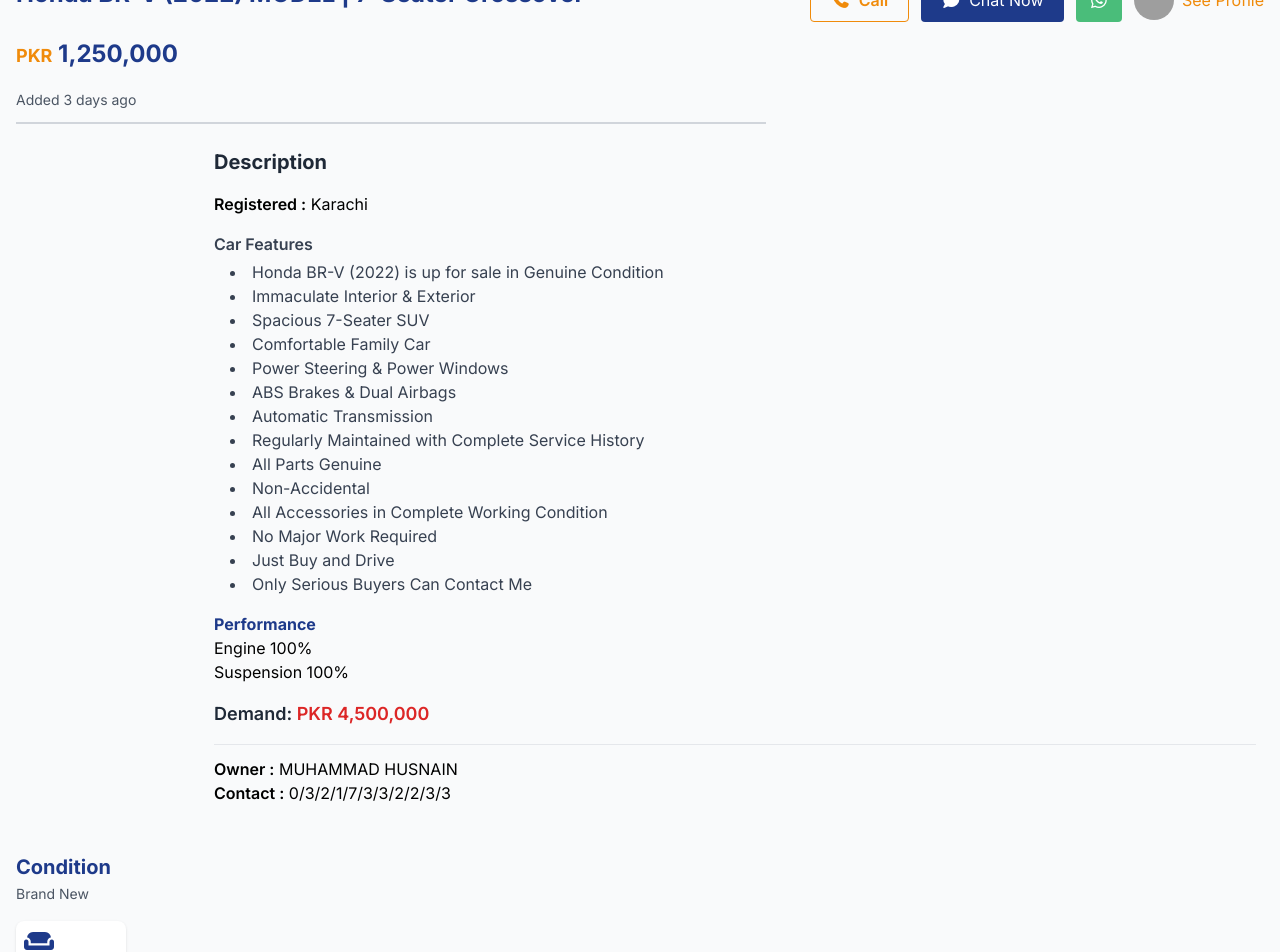
Repository: ARFA-SAEED/miljayega
Page: src/motorsPage/bikes_1.html
An editor plug-in stored every save of this project. The page is shown before and after the next save, followed by the edit.
The browser window is 1280 px wide. The pictures show the part of the page from y = 679 to 1631 px (the page is 2666 px tall).
Pictures or frames that could not be fetched are drawn as grey boxes. A picture or video elsewhere on the page could not be fetched, so the positions and the page height are approximate. Some web fonts or font styles are not loaded; a fallback is used. Some web libraries are served in a nearby version.

Above is the page before, as saved 2025-08-25 13:26:31.

### src/motorsPage/bikes_1.html
<!DOCTYPE html>
<html lang="en">

<head>
    <meta charset="utf-8" />
    <meta content="width=device-width, initial-scale=1.0" name="viewport" />
    <title>Miljaega.pk - Bikes 1</title>
    <script src="https://cdn.tailwindcss.com?plugins=forms,container-queries"></script>
    <link href="https://fonts.googleapis.com/css2?family=Inter:wght@400;500;600;700&display=swap" rel="stylesheet" />
    <link href="https://fonts.googleapis.com/css2?family=Poppins:wght@400;500;600;700&display=swap" rel="stylesheet" />
    <link href="https://fonts.googleapis.com/icon?family=Material+Icons" rel="stylesheet" />
    <link href="https://fonts.googleapis.com/css2?family=Lalezar&display=swap" rel="stylesheet">
    <link href="https://fonts.googleapis.com/css2?family=Noto+Nastaliq+Urdu&display=swap" rel="stylesheet">
    <script src="https://cdn.jsdelivr.net/npm/alpinejs@3.x.x/dist/cdn.min.js" defer></script>
    <script src="https://cdn.jsdelivr.net/npm/@tailwindcss/browser@4"></script>
    <link rel="stylesheet" href="./Css/miljaega-homepage.css">
    <!-- Font Awesome CDN -->
    <link href="https://cdnjs.cloudflare.com/ajax/libs/font-awesome/6.5.2/css/all.min.css" rel="stylesheet">

    <link rel="stylesheet" href="https://cdnjs.cloudflare.com/ajax/libs/font-awesome/7.0.0/css/all.min.css"
        integrity="sha512-DxV+EoADOkOygM4IR9yXP8Sb2qwgidEmeqAEmDKIOfPRQZOWbXCzLC6vjbZyy0vPisbH2SyW27+ddLVCN+OMzQ=="
        crossorigin="anonymous" referrerpolicy="no-referrer" />
</head>

<body class="bg-gray-50">

    <!-- Header -->
    <header class="bg-white shadow-sm fixed top-0 z-50 w-full">
        <div class="lg:mx-auto 2xl:mx-20 relative py-3 container px-4 sm:px-6">
            <div class="flex justify-between items-center py-3">
                <!-- Left: Logo -->
                <div class="flex-shrink-0">
                    <img src="../../../assets/images/logo.svg" alt="Logo" class="h-8 sm:h-10" />
                </div>

                <!-- Center Nav (Desktop) -->
                <nav
                    class="hidden xl:flex absolute 2xl:ms-[440px] left-1/2 transform -translate-x-1/2 space-x-6 text-sm font-medium text-gray-600">
                    <div class="flex justify-center mt-2">
                        <div class="inline-flex rounded-lg shadow-md bg-white overflow-hidden">
                            <a href="#"
                                class="px-6 py-3 text-sm font-medium text-white bg-blue-900 hover:bg-blue-900 transition duration-300 flex items-center">
                                <i class="fa-solid fa-list mr-2"></i> ALL
                            </a>
                            <a href="#"
                                class="px-6 py-3 text-sm font-medium text-pak-green hover:bg-[rgb(220,228,245)] flex items-center">
                                <i class="fa-solid fa-circle-plus mr-2"></i> NEW
                            </a>
                            <a href="#"
                                class="px-6 py-3 text-sm font-medium text-pak-green hover:bg-[rgb(220,228,245)] flex items-center">
                                <i class="fa-solid fa-recycle mr-2"></i> USED
                            </a>
                            <a href="#"
                                class="px-6 py-3 text-sm font-medium text-pak-green hover:bg-[rgb(220,228,245)] flex items-center">
                                <i class="fa-solid fa-key mr-2"></i> RENT
                            </a>
                            <a href="#"
                                class="px-6 py-3 text-sm font-medium text-pak-green hover:bg-[rgb(220,228,245)] flex items-center">
                                <i class="fa-solid fa-arrow-right-arrow-left mr-2"></i> Exchange
                            </a>
                        </div>
                    </div>
                </nav>

                <!-- Mobile Hamburger -->
                <button id="mobileMenuToggle" class="block xl:hidden text-gray-700 hover:text-primary-green">
                    <svg class="w-7 h-7" fill="none" stroke="currentColor" stroke-width="2" viewBox="0 0 24 24">
                        <path stroke-linecap="round" stroke-linejoin="round" d="M4 6h16M4 12h16M4 18h16"></path>
                    </svg>
                </button>
            </div>
        </div>
    </header>

    <!-- Mobile Menu -->
    <div id="mobileMenu"
        class="xl:hidden hidden bg-white shadow-md fixed top-[72px] left-0 right-0 z-40 max-h-[calc(100vh-72px)] overflow-y-auto">
        <div class="px-4 py-4 space-y-4 text-sm font-medium text-gray-700">
            <div class="flex justify-around text-center gap-2 flex-wrap">
                <a href="#" class="flex flex-col items-center gap-1 hover:text-primary-green">
                    <img src="./images/second-hand.png" class="w-6 h-6" /> Used
                </a>
                <a href="#" class="flex flex-col items-center gap-1 hover:text-primary-green">
                    <img src="./images/new.png" class="w-6 h-6" /> New
                </a>
                <a href="#" class="flex flex-col items-center gap-1 hover:text-primary-green">
                    <img src="./images/exchange.png" class="w-6 h-6" /> Exchange
                </a>
                <a href="#" class="flex flex-col items-center gap-1 hover:text-primary-green">
                    <img src="./images/rent.png" class="w-6 h-6" /> Rentals
                </a>
            </div>
        </div>
    </div>

    <!-- Spacer -->
    <div class="pt-[72px]"></div>

    <!-- Images Section -->
    <div class="container mx-auto px-4 mt-12">
        <div class="grid grid-cols-1 lg:grid-cols-2 gap-3">
            <div>
                <img class="w-full h-[250px] sm:h-[400px] lg:h-[513px] object-cover rounded-lg lg:rounded-l-[10px]"
                    src="https://auto.yugatech.com/wp-content/uploads/2022/09/2023-Honda-BRV-Main-2048x1024.jpg" alt="">
            </div>
            <div class="flex flex-col gap-3">
                <img class="w-full h-[200px] sm:h-[250px] object-cover rounded-lg lg:rounded-tr-[10px]"
                    src="https://hondaotodalat.com.vn/wp-content/uploads/2020/02/honda_BRV_hondaotovovankiet_vn_15.jpg"
                    alt="">
                <img class="w-full h-[200px] sm:h-[250px] object-cover rounded-lg lg:rounded-br-[10px]"
                    src="https://d31sro4iz4ob5n.cloudfront.net/upload/car/br-v-2024/feature/interior/br-v-2024-lhd-amplio-confort-y-versatilidad.jpg"
                    alt="">
            </div>
        </div>
    </div>

    <!-- Title & Buttons -->
    <div class="container mx-auto px-4 mt-6 flex flex-col lg:flex-row justify-between items-start gap-4">
        <h1 class="font-bold text-blue-900 text-xl lg:text-2xl">
            Honda BR-V (2022) MODEL | 7-Seater Crossover
        </h1>
        <div class="flex flex-wrap gap-3">
            <button class="border border-[#F08B0B] text-[#F08B0B] font-semibold rounded px-5 py-2 flex items-center">
                <i class="fa-solid fa-phone me-2"></i> Call
            </button>
            <button class="bg-blue-900 hover:bg-blue-800 text-white rounded px-5 py-2 flex items-center">
                <i class="fa-solid fa-comment me-2"></i> Chat Now
            </button>
            <button class="bg-[#4ABD7A] text-white rounded px-3 py-2 flex items-center">
                <i class="fa-brands fa-whatsapp text-lg"></i>
            </button>
            <div class="flex items-center gap-2">
                <img class="rounded-full h-10 w-10"
                    src="https://tse3.mm.bing.net/th/id/OIP.WpIMP_W3gb5bZ81rA-K2YgHaHa?pid=Api&P=0&h=220" alt="">
                <span class="text-[#F08B0B]">See Profile</span>
            </div>
        </div>
    </div>


    <!-- Price -->
    <div class="container mx-auto px-4 mt-4">
        <h1 class="text-blue-900 font-bold text-xl lg:text-2xl">
            <span class="text-lg text-[#F08B0B]">PKR</span> 1,250,000
        </h1>
        <p class="text-gray-600 text-sm mt-5 pb-3 border-b border-gray-300 border-b-2 w-[750px]">Added 3 days ago</p>
    </div>

    <div class=" p-6 ms-[190px] space-y-4">
        <h3 class="text-xl font-bold text-gray-800">Description</h3>

        <p><span class="font-semibold">Registered :</span> Karachi</p>

        <ol class="list-style-type-non list-inside space-y-1 text-gray-700">
            <li><span class="font-semibold">Car Features</span></li>
            <ul class="list-disc list-inside ml-4">
                <li>Honda BR-V (2022) is up for sale in Genuine Condition</li>
                <li>Immaculate Interior & Exterior</li>
                <li>Spacious 7-Seater SUV</li>
                <li>Comfortable Family Car</li>
                <li>Power Steering & Power Windows</li>
                <li>ABS Brakes & Dual Airbags</li>
                <li>Automatic Transmission</li>
                <li>Regularly Maintained with Complete Service History</li>
                <li>All Parts Genuine</li>
                <li>Non-Accidental</li>
                <li>All Accessories in Complete Working Condition</li>
                <li>No Major Work Required</li>
                <li>Just Buy and Drive</li>
                <li>Only Serious Buyers Can Contact Me</li>
            </ul>
        </ol>

        <div>
            <h4 class="font-bold text-blue-900">Performance</h4>
            <p>Engine 100% <br> Suspension 100%</p>
        </div>

        <p class="text-lg font-semibold text-gray-800">Demand: <span class="text-red-600">PKR 4,500,000</span></p>

        <div class="border-t pt-3">
            <p><span class="font-semibold">Owner :</span> MUHAMMAD HUSNAIN</p>
            <p><span class="font-semibold">Contact :</span> 0/3/2/1/7/3/3/2/2/3/3</p>
        </div>
    </div>


    <!-- Condition -->
    <div class="container mx-auto px-4 mt-6">
        <h1 class="text-blue-900 font-bold text-xl">Condition</h1>
        <span class="text-gray-600 text-sm">Brand New</span>
        <div class="relative mt-4 shadow rounded-lg h-20 w-[110px] bg-white p-3">
            <i class="fa-solid fa-couch text-blue-900 text-2xl absolute top-1 left-2"></i>
            <span class="absolute bottom-2 right-2 text-sm font-medium">Furnished</span>
        </div>
    </div>

    <!-- Location -->
    <div class="container mx-auto px-4 mt-6">
        <h1 class="text-blue-900 font-bold text-xl mb-3">Location and nearby facilities</h1>
        <div class="flex flex-wrap gap-4 mb-5">
            <button class="flex items-center gap-2 px-4 py-2 bg-white rounded-lg shadow-md">
                <i class="fa-solid fa-border-all text-[#F08B0B]"></i> All
            </button>
            <button class="flex items-center gap-2 px-4 py-2 bg-white rounded-lg shadow-md">
                <i class="fa-solid fa-school text-[#F08B0B]"></i> School
            </button>
            <button class="flex items-center gap-2 px-4 py-2 bg-white rounded-lg shadow-md">
                <i class="fa-solid fa-hospital text-[#F08B0B]"></i> Hospitals
            </button>
            <button class="flex items-center gap-2 px-4 py-2 bg-white rounded-lg shadow-md">
                <i class="fa-solid fa-utensils text-[#F08B0B]"></i> Restaurant
            </button>
        </div>
        <img src="https://png.pngtree.com/png-clipart/20230315/original/pngtree-map-location-pin-with-red-png-image_8989833.png"
            class="h-[300px] sm:h-[400px] mx-auto" alt="">
    </div>
    <footer class="bg-[#0C3168] text-white">
        <div class="container mx-auto px-4 sm:px-6 lg:px-8 py-10">

            <!-- ✅ Mobile/Tablet (sm, md, lg): 2 Rows Layout -->
            <div class="flex  flex-wrap gap-8 lg:hidden">
                <!-- Row 1: ABOUT US + MY ACCOUNT -->
                <div class="w-full flex   gap-8">
                    <!-- ABOUT US -->
                    <div class="w-full ms-10 md:ms-0 sm:w-1/2 text-left">
                        <ul class="leading-10">
                            <li class="font-bold text-xl mb-3">ABOUT US</li>
                            <li>FAQ</li>
                            <li>Anti Scam</li>
                            <li>Term of use</li>
                            <li>Privacy Policy</li>
                            <li>Contact Us</li>
                            <li>Sitemap</li>
                        </ul>
                    </div>
                    <!-- MY ACCOUNT -->
                    <div class="w-full ms-20 md:ms-60 sm:w-1/2 text-left">
                        <ul class="leading-10">
                            <li class="font-bold text-xl mb-3">MY ACCOUNT</li>
                            <li>Login</li>
                            <li>Register</li>
                        </ul>
                    </div>
                </div>

                <!-- Row 2: Miljaega + Social -->
                <div class="w-full flex gap-8 mt-5">
                    <!-- Miljaega -->
                    <div class="w-full sm:w-1/2 ms-10 md:ms-0 text-left">
                        <ul class="leading-10">
                            <li class="font-bold text-xl mb-3">Miljaega</li>
                            <li>Inspected by miljaega</li>
                            <li>Featured by miljaega</li>
                            <li>Recomended by miljaega</li>
                        </ul>
                    </div>
                    <!-- Social -->
                    <div class="w-full ms-20 md:ms-60  sm:w-1/2 text-left leading-15">
                        <ul>
                            <li class="font-bold text-xl  mb-3">FOLLOW US</li>
                        </ul>
                        <div class=" ms-8 md:ms-0 sm:flex-wrap md:flex mt-3 gap-5">
                            <img src="../../assets/images/fb.svg" class="h-10" alt="">
                            <img src="../../assets/images/insta.svg" class="h-10" alt="">
                            <img src="../../assets/images/twitter.svg" class="h-10" alt="">
                            <img src="../../assets/images/youtube.svg" class="h-10" alt="">
                        </div>
                    </div>
                </div>
            </div>

            <!-- ✅ XL and Up: Original 4-column Layout -->
            <div class="hidden lg:block lg:flex lg:justify-between xl:gap-8">
                <!-- ABOUT US -->
                <div class="w-full sm:w-1/2 xl:w-auto mb-5 xl:mb-0  xl:text-left">
                    <ul class="leading-10">
                        <li class="font-bold text-xl mb-3">ABOUT US</li>
                        <li>FAQ</li>
                        <li>Anti Scam</li>
                        <li>Term of use</li>
                        <li>Privacy Policy</li>
                        <li>Contact Us</li>
                        <li>Sitemap</li>
                    </ul>
                </div>
                <!-- MY ACCOUNT -->
                <div class="w-full sm:w-1/2 xl:w-auto text-left mb-5 xl:mb-0">
                    <ul class="leading-10">
                        <li class="font-bold text-xl mb-3">MY ACCOUNT</li>
                        <li>Login</li>
                        <li>Register</li>
                    </ul>
                </div>
                <!-- Miljaega -->
                <div class="w-full sm:w-1/2 xl:w-auto mb-5 xl:mb-0 text-left">
                    <ul class="leading-10">
                        <li class="font-bold text-xl mb-3">Miljaega</li>
                        <li>Inspected by miljaega</li>
                        <li>Featured by miljaega</li>
                        <li>Recomended by miljaega</li>
                    </ul>
                </div>
                <!-- Social -->
                <div class="w-full sm:w-1/2 xl:w-auto text-left mb-5 xl:mb-0 leading-15">
                    <ul>
                        <li class="font-bold text-xl mb-3">FOLLOW US</li>
                    </ul>
                    <div class="flex  ustify-start mt-3 gap-5">
                        <img src="../../assets/images/fb.svg" class="h-10" alt="">
                        <img src="../../assets/images/insta.svg" class="h-10" alt="">
                        <img src="../../assets/images/twitter.svg" class="h-10" alt="">
                        <img src="../../assets/images/youtube.svg" class="h-10" alt="">
                    </div>
                </div>
            </div>

            <!-- Footer bottom -->
            <div class="text-center border-t-2 border-white mt-10 pt-5 text-sm">
                <p>© Copyright 2025 Miljaega <br>Powered by The Tech Creators</p>
            </div>
        </div>
    </footer>

    <script>
        // Mobile menu toggle
        document.addEventListener("DOMContentLoaded", () => {
            const toggleBtn = document.getElementById("mobileMenuToggle");
            const mobileMenu = document.getElementById("mobileMenu");
            toggleBtn.addEventListener("click", () => {
                mobileMenu.classList.toggle("hidden");
            });
        });
    </script>

</body>

</html>

### assets/Css/miljaega-homepage.css
 :root {
   --primary-green: #0B6847;
 }

 body {
   font-family: 'Inter', sans-serif;
   background-color: #f8fafc;
 }

 .text-primary-green {
   color: var(--primary-green);
 }

 .bg-primary-green {
   background-color: #003E3E;
 }

 .border-primary-green {
   border-color: var(--primary-green);
 }

 .card {
   @apply bg-white rounded-lg shadow-[0_4px_6px_-1px_rgba(0, 0, 0, 0.1), 0_2px_4px_-2px_rgba(0, 0, 0, 0.1)] transition-transform duration-200;
 }

 .card:hover {
   transform: translateY(-5px);
 }

 .verified-badge {
   @apply text-blue-600 text-base;
 }


 /* Sell Button */
 ._520955ba {
   position: relative;
   overflow: hidden;
   border-radius: 4px;
 }

 header {
   z-index: 100;
 }

 .fbf39733 {
   background-color: #ffffff;
   /* Green background */
   border: none;
   cursor: pointer;
 }

 ._6257aca6 {
   object-fit: contain;
   z-index: 1;
 }


 ._948d9e0a {
   position: relative;
   z-index: 2;
 }

 ._27a68d65 {
   display: flex;
   align-items: center;
 }

 .b2e0090c {
   padding: 8px 16px;
 }

 ._371e9918 {
   color: white;
 }

 ._6041419a {
   margin-right: 8px;
 }

 ._8206696c {
   font-weight: 900;
 }

 .b7af14b4 {
   font-size: 12px;
 }

 .dd240920 {
   line-height: 1.5;
 }

 @import url('https://fonts.googleapis.com/css2?family=Inter:wght@300;400;500;600;700&display=swap');

 body {
   font-family: 'Inter', sans-serif;

 }

 .card-hover {
   transition: all 0.3s ease;
   box-shadow: 0 4px 6px rgba(0, 0, 0, 0.05);
 }

 .card-hover:hover {
   transform: translateY(-5px);
   box-shadow: 0 10px 25px rgba(0, 0, 0, 0.1);
 }

 .image-hover {
   transition: transform 0.5s ease;
 }

 .status-dot {
   position: absolute;
   bottom: 5px;
   right: 10px;
   width: 12px;
   height: 12px;
   background-color: #1dbf73;
   border: 2px solid white;
   border-radius: 50%;
   z-index: 10;
   box-shadow: 0 0 0 2px rgba(29, 191, 115, 0.3);
 }

 .status-pulse {
   position: absolute;
   bottom: -1px;
   right: -1px;
   width: 16px;
   height: 16px;
   background-color: rgba(29, 191, 115, 0.4);
   border-radius: 50%;
   z-index: 5;
   animation: pulse 1.5s infinite;
 }

 @keyframes pulse {
   0% {
     transform: scale(0.8);
     opacity: 0.7;
   }

   70% {
     transform: scale(1.5);
     opacity: 0;
   }

   100% {
     transform: scale(0.8);
     opacity: 0;
   }
 }

 .star-container {
   display: inline-flex;
   align-items: center;
   margin-left: -8px;
 }

 .star-full {
   color: #f2880f;
   position: relative;
 }

 .star-full::before {
   content: "★";
   position: absolute;
   color: white;
   font-size: 15px;
   top: 2px;
   left: 2px;
 }

 .star-half {
   position: relative;
   width: 20px;
   height: 20px;
 }

 .star-half-left {
   position: absolute;
   left: 0;
   width: 50%;
   height: 100%;
   background: #ff643d;
   border-top-left-radius: 3px;
   border-bottom-left-radius: 3px;
 }

 .star-half-right {
   position: absolute;
   right: 0;
   width: 50%;
   height: 100%;
   background: rgba(200, 201, 202, 0.48);
   border-top-right-radius: 3px;
   border-bottom-right-radius: 3px;
 }

 .star-half::before {
   content: "★";
   position: absolute;
   color: white;
   font-size: 15px;
   top: 2px;
   left: 2px;
   z-index: 10;
 }

 .badge {
   transition: all 0.3s ease;
 }

 .badge:hover {
   transform: scale(1.05);
 }

 .arrow-tab {
   position: relative;
   padding: 0.75rem 2rem;
   display: flex;
   align-items: center;
   justify-content: center;
   clip-path: polygon(0 0, calc(100% - 20px) 0, 100% 50%, calc(100% - 20px) 100%, 0 100%, 20px 50%);
   margin-left: -18px;
   cursor: pointer;
   transition: all 0.2s ease;
 }

 .arrow-tab:first-child {
   clip-path: polygon(0 0, calc(100% - 20px) 0, 100% 50%, calc(100% - 20px) 100%, 0 100%);
   margin-left: 0;
   padding-left: 3rem;
 }

 .arrow-tab.active {
   background-color: #1e3a8a;
   /* Tailwind's blue-900 */
   color: white;
   z-index: 10;
 }

 .arrow-tab:not(.active):hover {
   background-color: #ced8f3;
   /* Light gray on hover */
 }

 @media (min-width: 1024px) and (max-width: 1028px) {
   .custom-mt {
     margin-top: 10px;
     /* Equivalent to mt-9 */
   }
 }

 .thumbnail {
   transition: all 0.2s ease;
 }

 .thumbnail:hover {
   transform: scale(1.05);
   box-shadow: 0 0 5px rgba(59, 130, 246, 0.5);
 }

 #main-image {
   transition: opacity 0.3s ease;
 }



 .scrollbar-hide::-webkit-scrollbar {
   display: none;
 }

 .scrollbar-hide {
   -ms-overflow-style: none;
   scrollbar-width: none;
 }

 .search-dropdown {
   display: none;
   position: absolute;
   top: 100%;
   /* directly below input */
   left: 0;
   width: 100%;
   max-height: 400px;
   overflow-y: auto;
   /* only scroll when necessary */
   z-index: 999999;
   /* way above all site content */
   background: white;
   border: 1px solid #e5e7eb;
   border-radius: 0.5rem;
   box-shadow: 0 4px 6px -1px rgba(0, 0, 0, 0.1),
     0 2px 4px -1px rgba(0, 0, 0, 0.06);
 }

 .search-dropdown-section {
   padding-left: 13px;
   padding-right: 13px;
   padding-bottom: 10px;

 }

 .search-dropdown-section:last-child {
   border-bottom: none;
 }

 .search-dropdown-item {
   padding: 0.5rem;
   cursor: pointer;
   border-radius: 0.25rem;
   background-color: white;
 }

After the next save:
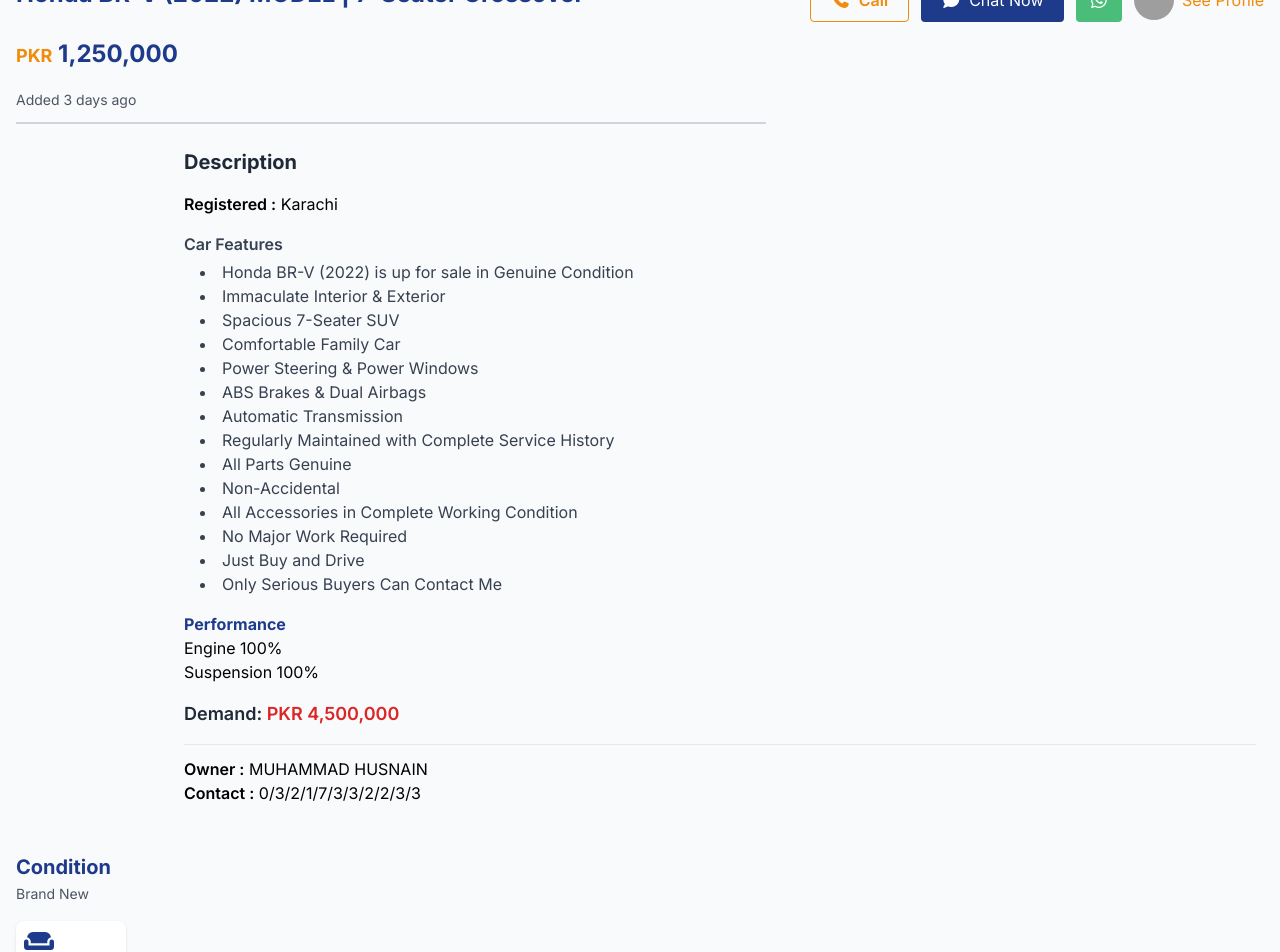
Saved 4 s later.
--- a/src/motorsPage/bikes_1.html
+++ b/src/motorsPage/bikes_1.html
@@ -146,7 +146,7 @@
         <p class="text-gray-600 text-sm mt-5 pb-3 border-b border-gray-300 border-b-2 w-[750px]">Added 3 days ago</p>
     </div>
 
-    <div class=" p-6 ms-[190px] space-y-4">
+    <div class=" p-6 ms-[160px] space-y-4">
         <h3 class="text-xl font-bold text-gray-800">Description</h3>
 
         <p><span class="font-semibold">Registered :</span> Karachi</p>
